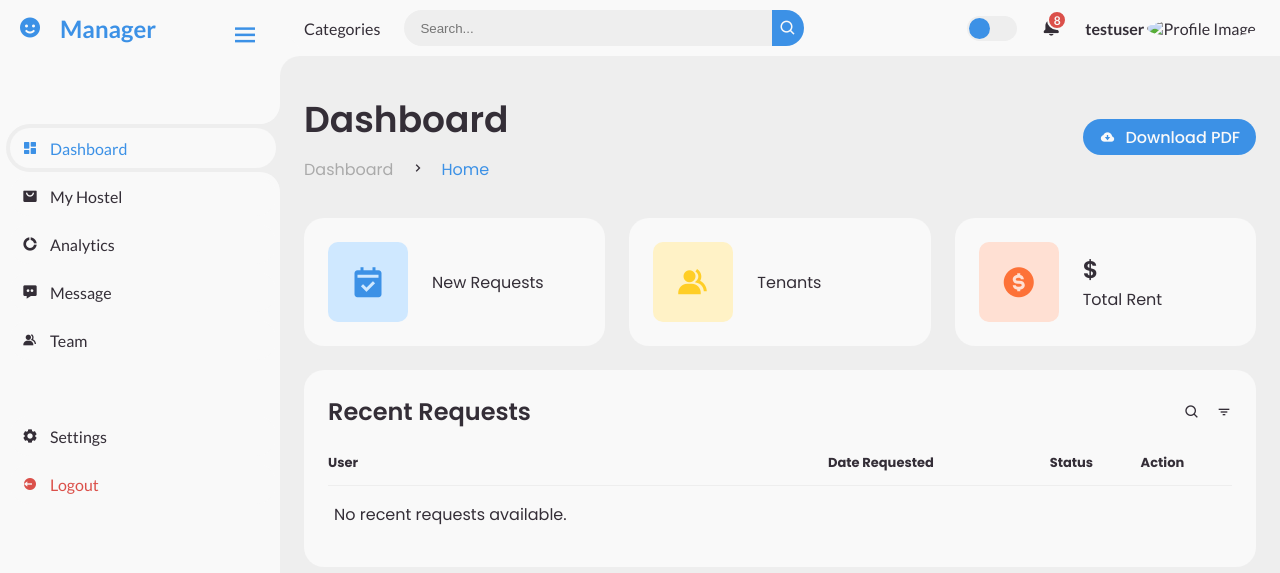
Repository: peter417waweru/hostelkona
Page: http://localhost/dashboard/
An editor plug-in stored every save of this project. The page is shown before and after the next save, followed by the edit.
The browser window is 1280 px wide. The pictures show the whole page.
The page is served by the project's application, run on Django 5.2 (hostelkona/manage.py). A made-up administrator, testuser (Test User, test@example.com), is signed in. Queries for data that is not in the repository find no rows.

Above is the page before, as saved 2025-01-28 14:40:39.
Console error: SyntaxError: Identifier 'sidebar' has already been declared

After the next save:
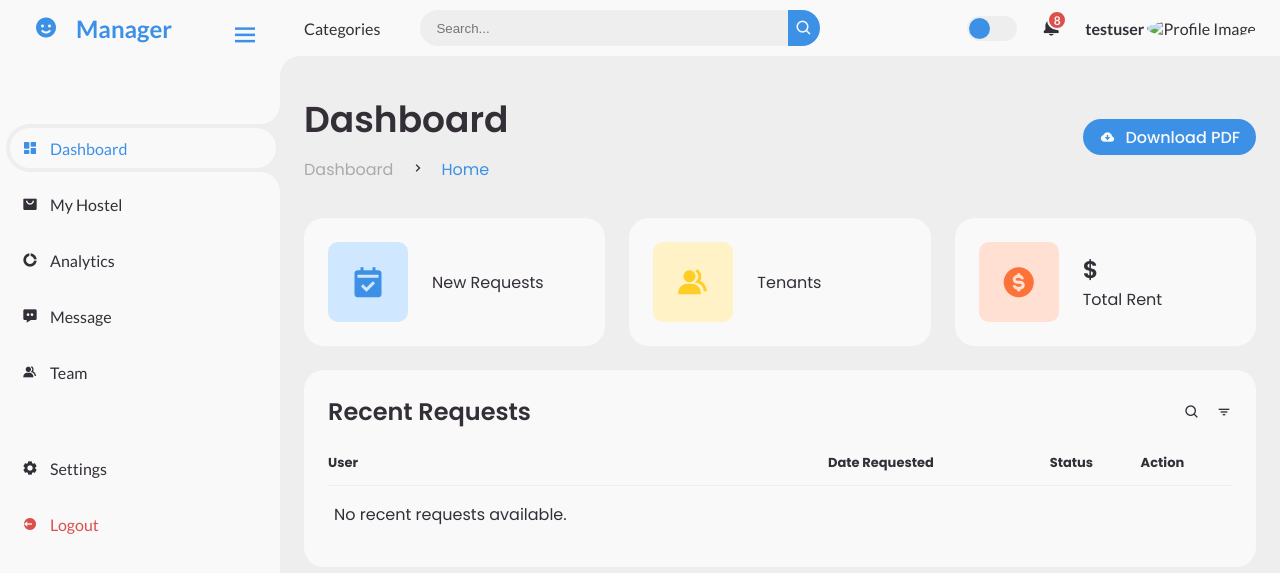
Saved 74 s later.
--- a/hostelkona/kona/templates/dashboard/dashboard.html
+++ b/hostelkona/kona/templates/dashboard/dashboard.html
@@ -1,4 +1,4 @@
-{% extends 'dashbase.html' %}
+{% extends 'dashboard/dashbase.html' %}
 {% block content %}
 {% load static %}
 <link rel="stylesheet" href="{% static 'styles/dashboard.css' %}">
